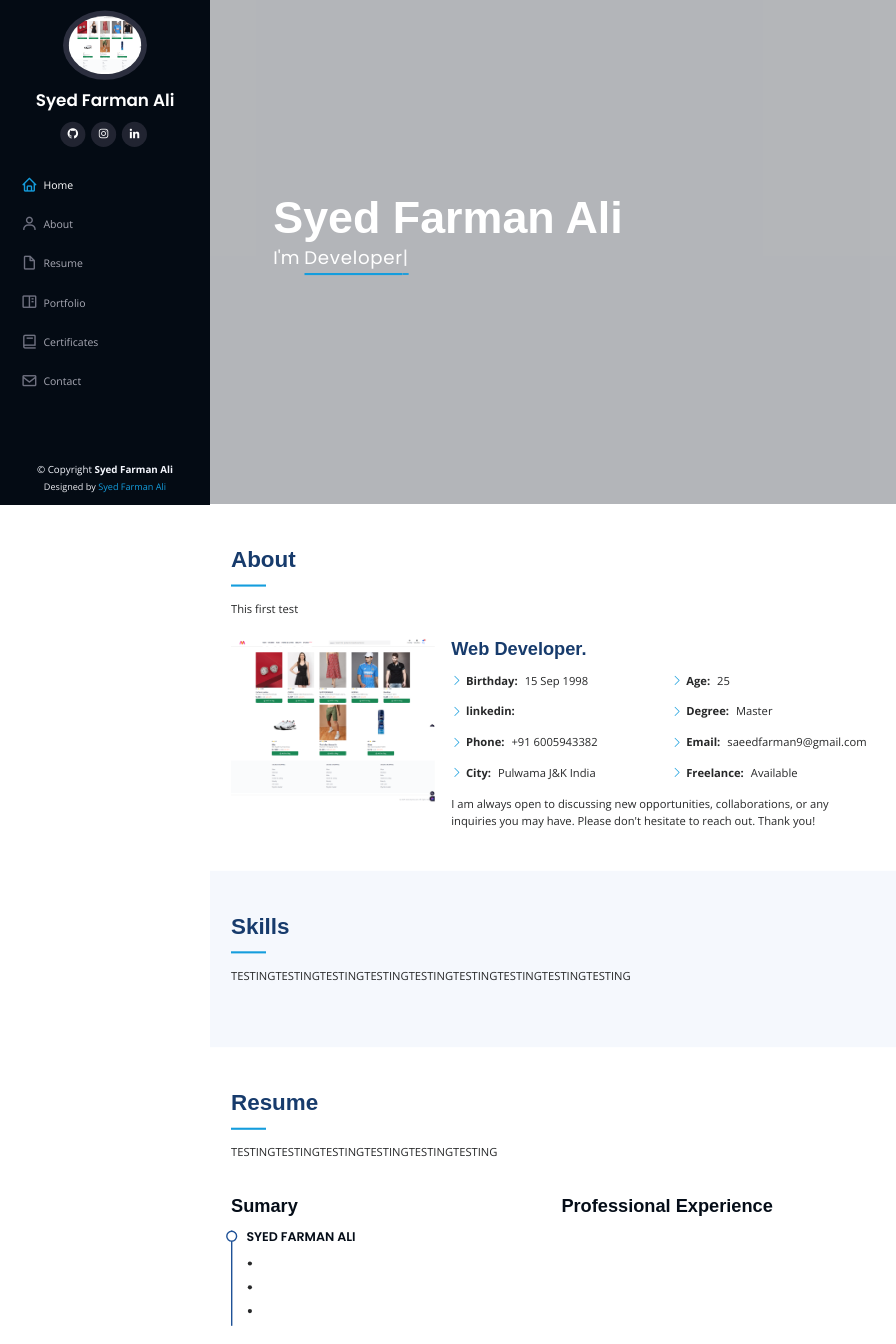
Repository: FARMAN9/portfoilo_django
Page: http://localhost/
These files come from the project's save history. The page is drawn as it stood at one moment and after the next save; the edit follows.
The browser window is 1280 px wide. The pictures show the part of the page from y = 0 to 1920 px (the page is 3536 px tall), at 70% of full size.
Backgrounds fixed to the window are drawn as part of the page. Some web fonts or font styles are not loaded; a fallback is used. The page is served by the project's application, run on Django 4.2 (manage.py). The page reads the database file committed with the project. Queries for data that is not in the repository find no rows.

Above is the page before, as saved 2024-07-14 17:24:08.

After the next save:
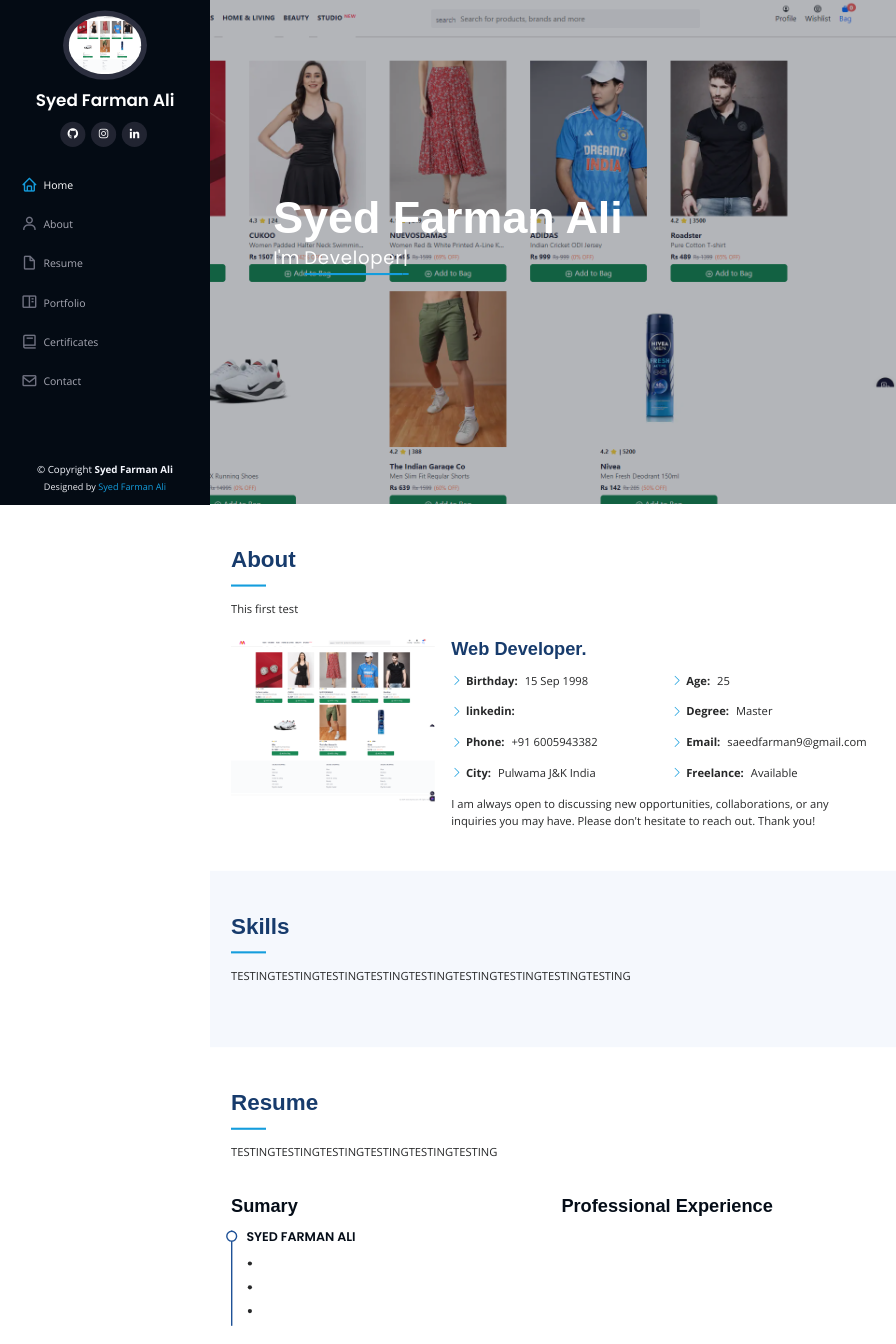
Saved 16 s later.
--- a/templates/index.html
+++ b/templates/index.html
@@ -70,7 +70,7 @@
   </header><!-- End Header -->
 
   <!-- ======= Hero Section ======= -->
-  <section id="hero" class="d-flex flex-column justify-content-center align-items-center" style="background-image: url('');">
+  <section id="hero" class="d-flex flex-column justify-content-center align-items-center" style="background-image: url('{{main.0.profile.url}}');">
     <div class="hero-container" data-aos="fade-in">
       <h1>{{Name}}</h1>
       <p>I'm <span class="typed" data-typed-items="{{main.0.iam1}},{{main.0.iam2}},{{main.0.iam3}}"></span></p>
